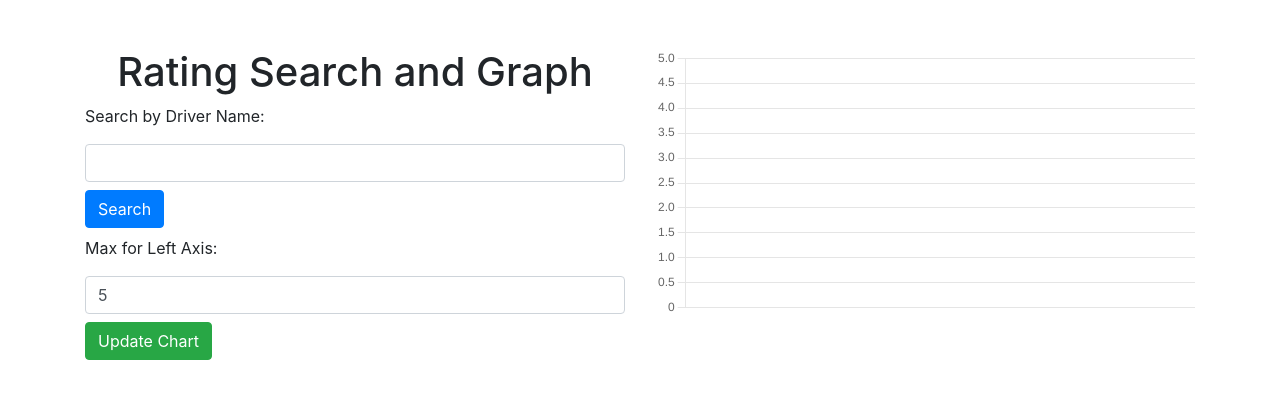
Repository: adrcstro/TrackingManagement
Page: http://localhost/tcpdf/Loginsystem/fetchdata.php
These files come from the project's save history. The page is drawn as it stood at one moment and after the next save; the edit follows.
The browser window is 1280 px wide. The pictures show the whole page.
Some icons come from a web library that is not loaded, so they are not drawn. Some web libraries are served in a nearby version. The page is run by PHP 8.4 with error messages shown; the project is at /var/www/html/. Queries for data that is not in the repository find no rows.

Above is the page before, as saved 2023-11-24 18:48:26.
Console error: TypeError: Cannot read properties of null (reading 'addEventListener')

### Loginsystem/fetchdata.php
<!DOCTYPE html>
<html lang="en">
<head>
    <meta charset="UTF-8">
    <meta name="viewport" content="width=device-width, initial-scale=1.0">
    <link href="https://maxcdn.bootstrapcdn.com/bootstrap/4.5.2/css/bootstrap.min.css" rel="stylesheet">
    <link href="https://cdnjs.cloudflare.com/ajax/libs/font-awesome/5.15.1/css/all.min.css" rel="stylesheet"> <!-- Font Awesome -->
    <script src="https://cdn.jsdelivr.net/npm/chart.js"></script>

    <style>
        .card {
            transition: transform 0.3s;
            position: relative;
            box-shadow: 0 4px 8px rgba(0, 0, 0, 0.1);
            height: 100%;
        }

        .card:hover {
            transform: scale(1.05);
            box-shadow: 0 8px 16px rgba(0, 0, 0, 0.2);
        }

        .card-img-top {
            object-fit: cover;
            height: 250px;
            width: 100%;
        }

        .card-body {
            padding-bottom: 40px; /* Adjust padding to accommodate the button */
        }

        .card-title {
            height: -3rem; /* Limit the height of the title */
            overflow: hidden;
        }

        .card-text {
            max-height: 6rem; /* Limit the height of the description */
            overflow: hidden;
        }

        .read-more-modal {
            max-width: 800px; /* Adjust the width of the modal */
        }
    </style>
    <title>News and Events</title>
</head>
<body>

<div class="container">
        <div class="row  mt-4">
            <div class="col-md-6">
                <h1 class="text-center mt-4">Rating Search and Graph</h1>

                <form method="post" action="" class="mt-2">
                    <label for="search">Search by Driver Name:</label>
                    <input type="text" name="search" id="search" class="form-control mt-2">
                    <input type="submit" value="Search" class="btn btn-primary mt-2">
                </form>

                <!-- Input field for max value of left axis -->
                <label for="maxLeft" class="mt-2">Max for Left Axis:</label>
                <input type="number" name="maxLeft" id="maxLeft" value="5" class="form-control mt-2">

                <button onclick="updateChart()" class="btn btn-success mt-2">Update Chart</button>
            </div>

            <div class="col-md-6">
                <div style="width: 100%;"  class="mt-4">
                    <canvas id="myChart"></canvas>
                </div>
            </div>
        </div>
    </div>


<script>
        // Add your custom scripts here
        function updateChart() {
            // Your chart update logic
        }
    </script>
<?php
// Connect to your database
$servername = "localhost"; // Replace with your server name
$username = "root"; // Replace with your username
$password = ""; // Replace with your password
$dbname = "plate-to-place-v-tracking";

$conn = new mysqli($servername, $username, $password, $dbname);

// Check connection
if ($conn->connect_error) {
    die("Connection failed: " . $conn->connect_error);
}

// Function to fetch data from the rating table based on the search term
function fetchData($conn, $searchTerm) {
    $sql = "SELECT DriverName, Rate FROM rating WHERE DriverName LIKE '%$searchTerm%'";
    $result = $conn->query($sql);

    $data = array();
    if ($result->num_rows > 0) {
        while ($row = $result->fetch_assoc()) {
            $data[] = $row;
        }
    }

    return $data;
}

// Process search form submission
if ($_SERVER["REQUEST_METHOD"] == "POST") {
    $searchTerm = $_POST["search"];
    $data = fetchData($conn, $searchTerm);
} else {
    // If no search term, initialize with an empty array
    $data = array();
}

// Close the database connection
$conn->close();
?>

<script>
// Prepare data for Chart.js
var data = <?php echo json_encode($data); ?>;

// Create an object to count the occurrences of each rating for each driverName
var ratingCounts = {};

data.forEach(function(item) {
    var driverName = item.DriverName;
    var rate = item.Rate;

    // Initialize the count for the driverName if not already present
    if (!ratingCounts[driverName]) {
        ratingCounts[driverName] = [0, 0, 0, 0, 0]; // Index 0 represents rating 1, index 4 represents rating 5
    }

    // Increment the count for the corresponding rating
    ratingCounts[driverName][rate - 1]++;
});

// Prepare labels and data for the chart
var labels = Object.keys(ratingCounts);
var datasets = [];

// Iterate through each driverName and create a dataset for the bar graph
labels.forEach(function(driverName) {
    var counts = ratingCounts[driverName];

    datasets.push({
        label: driverName,
        data: counts,
        backgroundColor: getRandomColor(), // Function to get a random color for each driverName
        borderColor: 'rgba(75, 192, 192, 1)',
        borderWidth: 1
    });
});

// Default max value for left axis
var maxLeft = 5;

// Declare myChart outside the function
var myChart;

// Draw the initial bar chart
drawChart();

// Function to draw or update the bar chart
function drawChart() {
    var ctx = document.getElementById('myChart').getContext('2d');
    myChart = new Chart(ctx, {
        type: 'bar',
        data: {
            labels: ['Unsatisfactory/Very Poor', 'Poor', 'Satisfactory/Fair', 'Good', 'Excellent'], // Ratings 1 to 5
            datasets: datasets
        },
        options: {
            scales: {
                y: {
                    beginAtZero: true,
                    stepSize: 1,
                    max: maxLeft
                }
            }
        }
    });
}

// Function to generate a random color
function getRandomColor() {
    var letters = '0123456789ABCDEF';
    var color = '#';
    for (var i = 0; i < 6; i++) {
        color += letters[Math.floor(Math.random() * 16)];
    }
    return color;
}

// Function to update the chart based on user input
function updateChart() {
    // Get value from input field
    maxLeft = parseInt(document.getElementById('maxLeft').value);

    // Destroy the existing chart and redraw with updated options
    myChart.destroy();
    drawChart();
}
</script>









<div class="container mt-5 mb-5">
    <div class="row">
    <?php
        // Replace these with your actual database connection details
        $host = "localhost";
        $username = "root";
        $password = "";
        $database = "plate-to-place-v-tracking";

        // Create a database connection
        $your_db_connection = mysqli_connect($host, $username, $password, $database);

        // Check the connection
        if (!$your_db_connection) {
            die("Connection failed: " . mysqli_connect_error());
        }

        // Fetch data from the "newsandevents" table
        $query = "SELECT id, Username, Age, Password, PermittoOperate,PhoneNumber,HomeAddress FROM driverstbl";
        $result = mysqli_query($your_db_connection, $query);

        // Check if the query was successful
        if ($result) {
            // Fetch data row by row
            while ($row = mysqli_fetch_assoc($result)) {
                $drivername = $row['Username'];
                $ViehicleNumber = $row['Age'];
                $PlateNumber = $row['Password'];
                $image = $row['PermittoOperate'];
                $phone = $row['PhoneNumber'];
                $home = $row['HomeAddress'];

                // Display data in Bootstrap cards
                echo '<div class="col-md-4 mb-5">';
                echo '<div class="card">';
                echo '<img src="uploads/' . $image . '" class="card-img-top" alt="Card Image">';
                echo '<div class="card-body text-center">';

                // Displaying the driver information
                // Existing code

echo '<h6 class="card-title">Drivers Name: <span style="font-weight:normal;">' . $drivername . '</span></h6>';
echo '<h6 class="card-title">Vehicle Number: <span style="font-weight:normal;">' . $ViehicleNumber . '</span></h6>';
echo '<h6 class="card-title">Plate Number: <span style="font-weight:normal;">' . $PlateNumber . '</span></h6>';
echo '<h6 class="card-title">Phone Number: <span style="font-weight:normal;">' . $phone . '</span></h6>';
echo '<h6 class="card-title">Home Address: <span style="font-weight:normal;">' . $home . '</span></h6>';
                echo '</div>';
                echo '</div>';
                echo '</div>';
            }

            // Free result set
            mysqli_free_result($result);
        } else {
            // Handle the error if the query fails
            echo "Error: " . mysqli_error($your_db_connection);
        }

        // Close the database connection
        mysqli_close($your_db_connection);
    ?>
    </div>
</div>

<script src="https://code.jquery.com/jquery-3.5.1.slim.min.js"></script>
<script src="https://cdn.jsdelivr.net/npm/@popperjs/core@2.5.3/dist/umd/popper.min.js"></script>
<script src="https://maxcdn.bootstrapcdn.com/bootstrap/4.5.2/js/bootstrap.min.js"></script>
<script src="https://kit.fontawesome.com/your-font-awesome-kit-id.js" crossorigin="anonymous"></script>









<script>
    // Initialize Bootstrap tooltips
    $(function () {
        $('[data-toggle="tooltip"]').tooltip();
    });
</script>

<script>
    document.addEventListener("DOMContentLoaded", function() {
        const searchInput = document.getElementById("SearchDriver");
        const searchResults = document.getElementById("searchResults");

        searchInput.addEventListener("input", function() {
            const searchText = searchInput.value.toLowerCase();
            if (searchText.length > 0) {
                fetch(`fetchdatadetails.php?search=${searchText}`)
                    .then(response => response.text())
                    .then(data => {
                        searchResults.innerHTML = data;
                    })
                    .catch(error => {
                        console.error('Error:', error);
                    });
            } else {
                searchResults.innerHTML = "";
            }
        });
    });
</script>
</body>
</html>

After the next save:
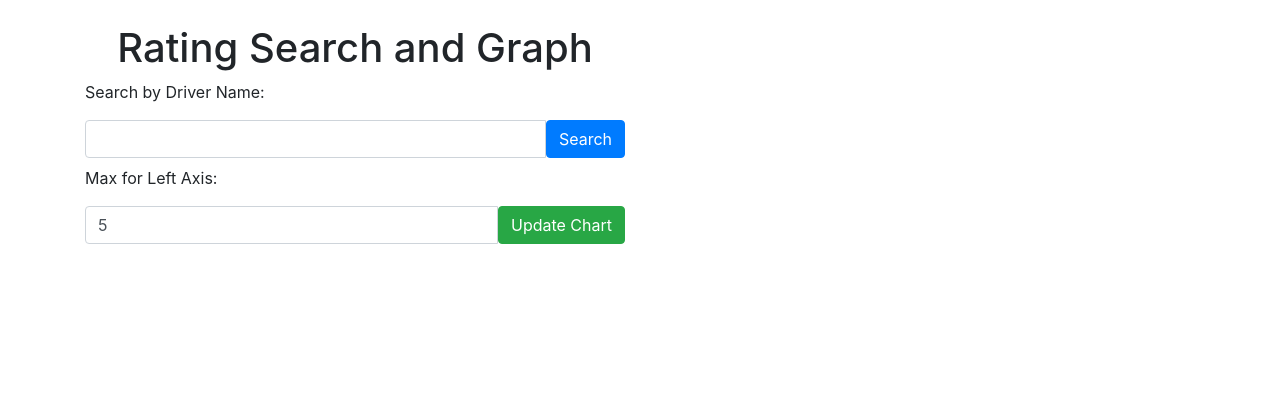
Console error: TypeError: Cannot read properties of null (reading 'getContext')
Saved 98 s later.
--- a/Loginsystem/fetchdata.php
+++ b/Loginsystem/fetchdata.php
@@ -49,31 +49,27 @@
 <body>
 
 <div class="container">
-        <div class="row  mt-4">
+        <div class="row">
             <div class="col-md-6">
                 <h1 class="text-center mt-4">Rating Search and Graph</h1>
 
                 <form method="post" action="" class="mt-2">
                     <label for="search">Search by Driver Name:</label>
-                    <input type="text" name="search" id="search" class="form-control mt-2">
-                    <input type="submit" value="Search" class="btn btn-primary mt-2">
+                    <div class="input-group mt-2">
+                        <input type="text" name="search" id="search" class="form-control">
+                        <button type="submit" class="btn btn-primary"><i class="bi bi-search icon"></i>Search</button>
+                    </div>
                 </form>
 
-                <!-- Input field for max value of left axis -->
+                <!-- Input field for max value of the left axis -->
                 <label for="maxLeft" class="mt-2">Max for Left Axis:</label>
-                <input type="number" name="maxLeft" id="maxLeft" value="5" class="form-control mt-2">
-
-                <button onclick="updateChart()" class="btn btn-success mt-2">Update Chart</button>
-            </div>
-
-            <div class="col-md-6">
-                <div style="width: 100%;"  class="mt-4">
-                    <canvas id="myChart"></canvas>
+                <div class="input-group mt-2">
+                    <input type="number" name="maxLeft" id="maxLeft" value="5" class="form-control">
+                    <button onclick="updateChart()" class="btn btn-success"><i class="bi bi-bar-chart icon"></i>Update Chart</button>
                 </div>
             </div>
         </div>
     </div>
-
 
 <script>
         // Add your custom scripts here

After the save that followed:
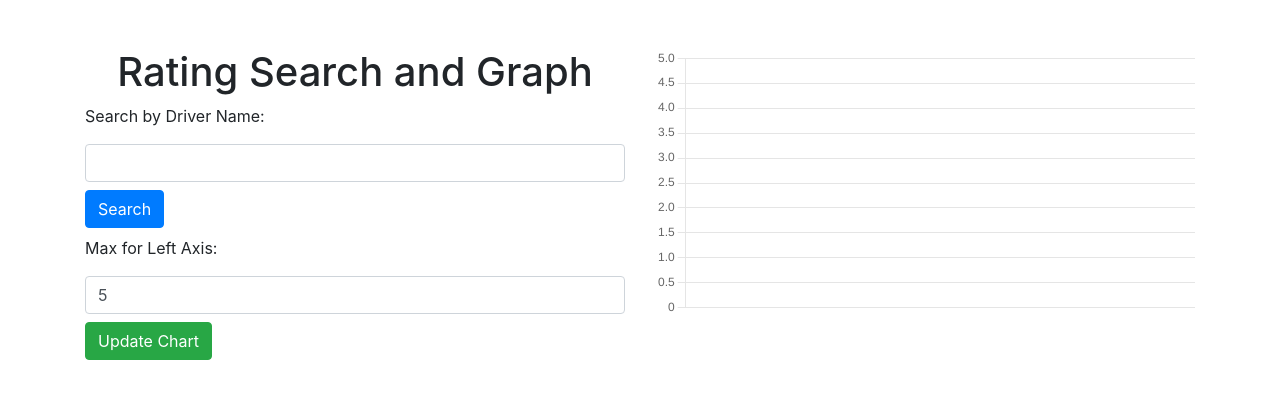
Console error: TypeError: Cannot read properties of null (reading 'addEventListener')
Saved 15 s later.
--- a/Loginsystem/fetchdata.php
+++ b/Loginsystem/fetchdata.php
@@ -49,27 +49,31 @@
 <body>
 
 <div class="container">
-        <div class="row">
+        <div class="row  mt-4">
             <div class="col-md-6">
                 <h1 class="text-center mt-4">Rating Search and Graph</h1>
 
                 <form method="post" action="" class="mt-2">
                     <label for="search">Search by Driver Name:</label>
-                    <div class="input-group mt-2">
-                        <input type="text" name="search" id="search" class="form-control">
-                        <button type="submit" class="btn btn-primary"><i class="bi bi-search icon"></i>Search</button>
-                    </div>
+                    <input type="text" name="search" id="search" class="form-control mt-2">
+                    <input type="submit" value="Search" class="btn btn-primary mt-2">
                 </form>
 
-                <!-- Input field for max value of the left axis -->
+                <!-- Input field for max value of left axis -->
                 <label for="maxLeft" class="mt-2">Max for Left Axis:</label>
-                <div class="input-group mt-2">
-                    <input type="number" name="maxLeft" id="maxLeft" value="5" class="form-control">
-                    <button onclick="updateChart()" class="btn btn-success"><i class="bi bi-bar-chart icon"></i>Update Chart</button>
+                <input type="number" name="maxLeft" id="maxLeft" value="5" class="form-control mt-2">
+
+                <button onclick="updateChart()" class="btn btn-success mt-2">Update Chart</button>
+            </div>
+
+            <div class="col-md-6">
+                <div style="width: 100%;"  class="mt-4">
+                    <canvas id="myChart"></canvas>
                 </div>
             </div>
         </div>
     </div>
+
 
 <script>
         // Add your custom scripts here
